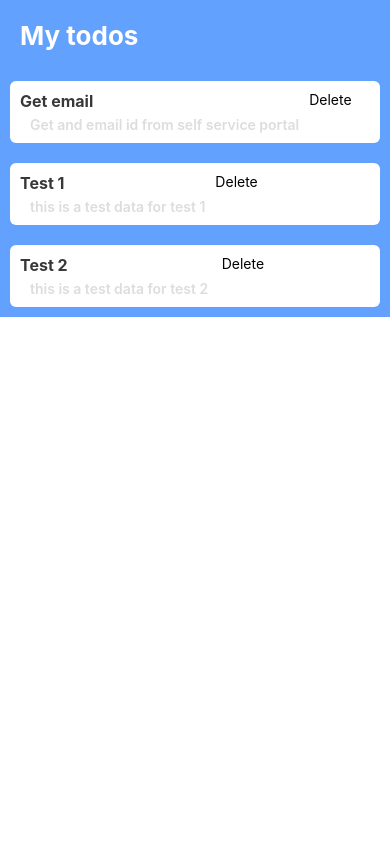
Repository: sadarsh216/Todo-App
Page: /
An editor plug-in stored every save of this project. The page is shown before and after the next save, followed by the edit.
The browser window is 390 px wide. The pictures show the whole page.
The app was drawn by React Native's web renderer in a window 390 px wide. The project was rebuilt for these pictures with package versions that can differ from the ones it lists, and the page was loaded fresh each time.

Above is the page before, as saved 2021-10-09 13:02:56.

### App.tsx
import { StatusBar } from "expo-status-bar";
import React from "react";
import { SafeAreaView, StyleSheet, Text, View } from "react-native";
import Todos from "./Pages/Todos";

export default function App() {
  return (
    <SafeAreaView>
      <View style={styles.container}>
        <Text style={styles.heading}>My todos</Text>
        <Todos />
      </View>
    </SafeAreaView>
  );
}

const styles = StyleSheet.create({
  container: {
    backgroundColor: "#63a1ff",
  },
  heading: {
    color:"white",
    fontSize: 26,
    fontWeight: "bold",
    margin: 20,
  },
});

### Pages/Todos.tsx
import React from "react";
import { View, Text, StyleSheet } from "react-native";

export default function Todos() {
  const [todos, setTodos] = React.useState([
    {
      title: "Get email",
      description: "Get and email id from self service portal",
      id: 0,
    },
    { title: "Test 1", description: "this is a test data for test 1", id: 1 },
    { title: "Test 2", description: "this is a test data for test 2 ", id: 2 },
  ]);
  return (
    <>
      {todos.map((item, key) => (
        <View key={item.id} style={styles.card}>
          <View style={styles.details}>
            <Text style={styles.title}>{item.title}</Text>
            <Text style={styles.desc}>{item.description}</Text>
          </View>
          <View style={styles.deleteSection}>
            <Text>Delete</Text>
          </View>
        </View>
      ))}
    </>
  );
}

const styles = StyleSheet.create({
  card: {
    display: "flex",
    flexDirection: "row",
    backgroundColor: "#fff",
    margin: 10,
    borderRadius: 6,
    elevation: 4,
    padding: 10,
  },
  title: {
    fontSize: 16,
    marginBottom: 5,
    fontWeight: "bold",
    color: "#383838",
  },
  desc: {
    paddingHorizontal: 10,
    fontWeight: "600",
    color: "#ddd",
    },
    details: {

    },
    deleteSection: {

    }
});

After the next save:
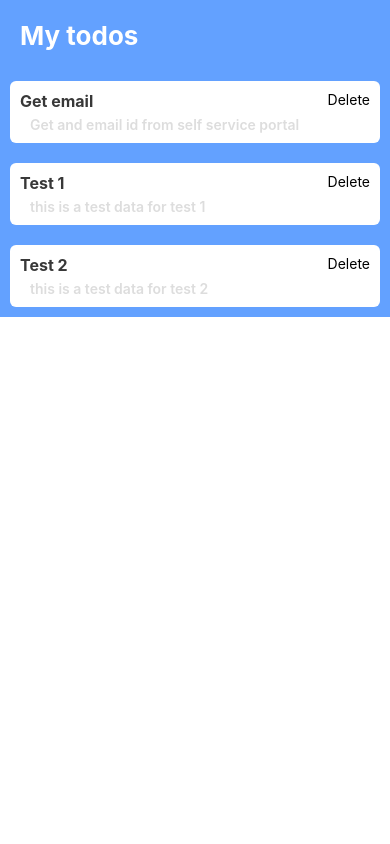
Saved 5 s later.
--- a/Pages/Todos.tsx
+++ b/Pages/Todos.tsx
@@ -50,7 +50,7 @@ const styles = StyleSheet.create({
     color: "#ddd",
     },
     details: {
-
+      flex:2
     },
     deleteSection: {
 
